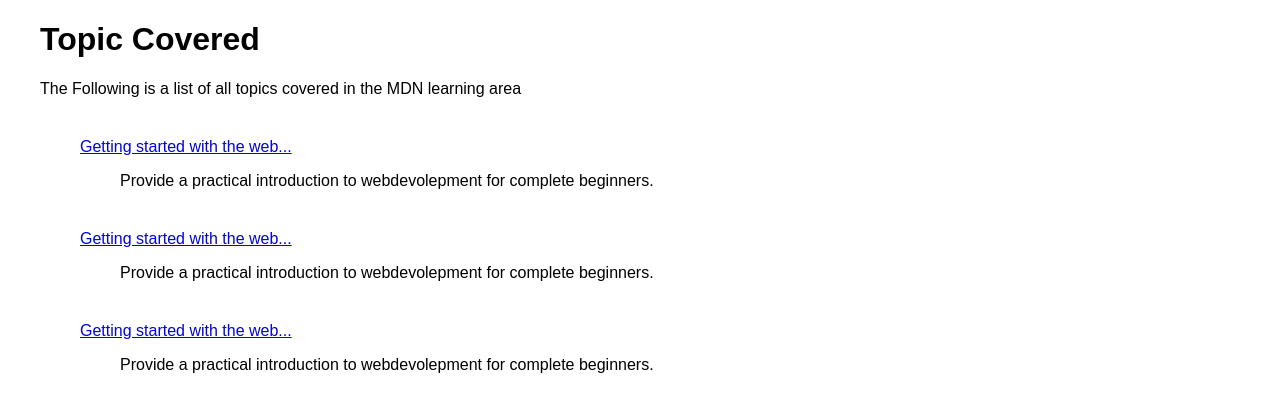
Repository: sriram1224/ReactProjects.github.io
Page: Assignments/Assignment1/index.html
An editor plug-in stored every save of this project. The page is shown before and after the next save, followed by the edit.
The browser window is 1280 px wide. The pictures show the whole page.

Above is the page before, as saved 2024-03-01 10:08:38.

After the next save:
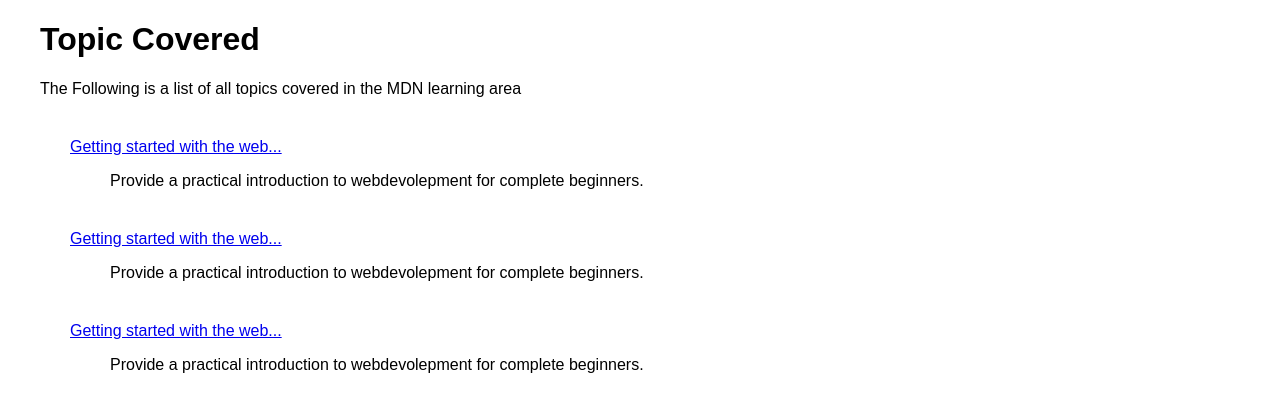
Saved 6 s later.
--- a/Assignments/Assignment1/index.html
+++ b/Assignments/Assignment1/index.html
@@ -14,7 +14,7 @@
       list-style: none;
     }
     #div{
-      margin-left: 40px;
+      margin-left: 30px;
     }
 
   </style>
